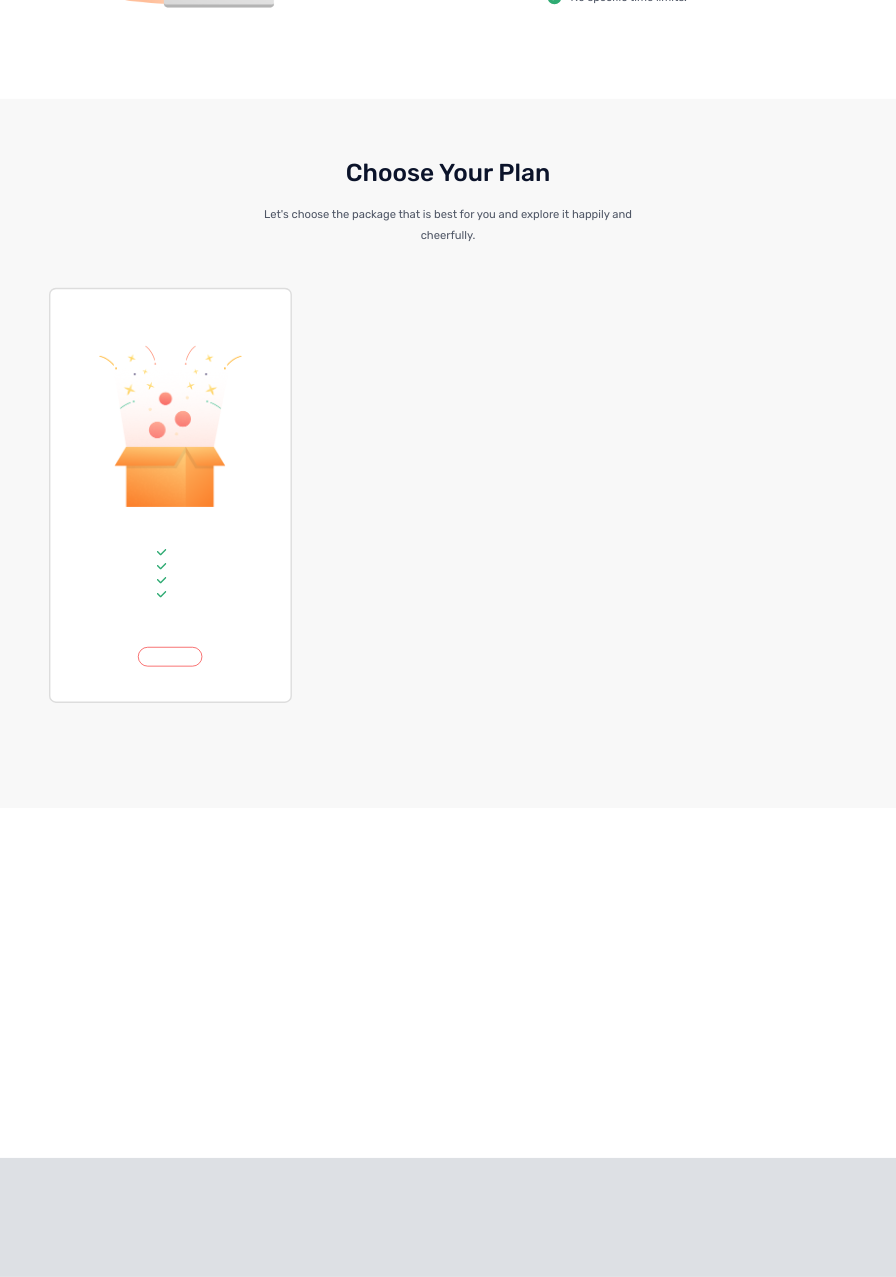
Repository: dangpham205/LaslesVPN-Landing-Page
Page: index.html
These files come from the project's save history. The page is drawn as it stood at one moment and after the next save; the edit follows.
The browser window is 1280 px wide. The pictures show the part of the page from y = 1313 to 3233 px (the page is 3137 px tall before and 3233 px after), at 70% of full size.

Above is the page before, as saved 2022-07-20 11:37:16.

### index.html
<!DOCTYPE html>
<html lang="en">
<head>
    <meta charset="UTF-8">
    <meta http-equiv="X-UA-Compatible" content="IE=edge">
    <meta name="viewport" content="width=device-width, initial-scale=1.0">
    <title>Lasles</title>
    <link rel="preconnect" href="https://fonts.googleapis.com" />
    <link rel="preconnect" href="https://fonts.gstatic.com" crossorigin />
    <link
      href="https://fonts.googleapis.com/css2?family=Rubik:wght@400;500;700&display=swap"
      rel="stylesheet"
    />
    <link rel="stylesheet" href="./assets/css/style.css">
</head>
<body>
    <div class="wrapper">

        <!-- Menu -->
        <header class="menu">
            <div class="container">
                <div class="menu__container">
                    <img srcset="./assets/img/logo.png 2x" alt="" class="menu__logo" />
                    <div class="menu__list">
                        <div class="menu__item">
                            <a href="" class="menu__item-link">About</a>
                        </div>
                        <div class="menu__item">
                            <a href="" class="menu__item-link">Features</a>
                        </div>
                        <div class="menu__item">
                            <a href="" class="menu__item-link">Pricing</a>
                        </div>
                        <div class="menu__item">
                            <a href="" class="menu__item-link">Testimonials</a>
                        </div>
                        <div class="menu__item">
                            <a href="" class="menu__item-link">Help</a>
                        </div>
                    </div>
                    <div class="menu__buttons">
                        <a href="" class="menu__button--sign-in">Sign In</a>
                        <a href="" class="button button--outline menu__button--sign-up">Sign Up</a>
                    </div>
                </div>
            </div>
        </header>

        <main>
            <!-- hero -->
            <section class="hero">
                <div class="container">
                    <div class="hero__container">
                        <div class="hero__content">
                            <h1 class="hero__title">Want anything to be easy with <strong>LaslesVPN</strong>.</h1>
                            <p class="hero__desc text">Provide a network for all your needs with ease and fun using LaslesVPN discover interesting features from us.</p>
                            <a href="" class="button button--primary button--rounded button--shadow">Get Started</a>
                        </div>
                        <div class="hero__image">
                            <img srcset="./assets/img/hero.png 2x" alt="">
                        </div>
                    </div>
                </div>
            </section>


            <!-- info -->
            <section class="info">
                <div class="container">
                    <div class="info__container">
                        <div class="info__item">
                            <div class="info__item-image">
                                <img src="" alt="" srcset="./assets/img/user.png 2x">
                            </div>
                            <div class="info__item-text">
                                <h3 class="info__item-title">90+</h3>
                                <p class="info__item-desc">Users</p>
                            </div>
                        </div>
                        <div class="info__item">
                            <div class="info__item-image">
                                <img src="" alt="" srcset="./assets/img/location.png 2x">
                            </div>
                            <div class="info__item-text">
                                <h3 class="info__item-title">30+</h3>
                                <p class="info__item-desc">Locations</p>
                            </div>
                        </div>
                        <div class="info__item">
                            <div class="info__item-image">
                                <img src="" alt="" srcset="./assets/img/Server.png 2x">
                            </div>
                            <div class="info__item-text">
                                <h3 class="info__item-title">50+</h3>
                                <p class="info__item-desc">Servers</p>
                            </div>
                        </div>
                    </div>
                </div>
            </section>

            <!-- feature -->
            <section class="feature">
                <div class="container">
                    <div class="feature__container">
                        <div class="feature__image">
                            <img src="" alt="" srcset="./assets/img/feature.png 2x">
                        </div>
                        <div class="feature__content">
                            <h3 class="feature__title heading">We Provide Many Features You Can Use</h3>
                            <p class="feature__desc text">You can explore the features that we provide with fun and have their own functions each feature.

                            </p>
                            <ul class="feature__list">
                                <li class="feature__item">
                                    <img src="./assets/img/ic-check.svg" alt="" class="feature__item-icon">
                                    <span class="feature__item-text">Powerfull online protection.</span>
                                </li>
                                <li class="feature__item">
                                    <img src="./assets/img/ic-check.svg" alt="" class="feature__item-icon">
                                    <span class="feature__item-text">Internet without borders.</span>
                                </li>
                                <li class="feature__item">
                                    <img src="./assets/img/ic-check.svg" alt="" class="feature__item-icon">
                                    <span class="feature__item-text">Supercharged VPN</span>
                                </li>
                                <li class="feature__item">
                                    <img src="./assets/img/ic-check.svg" alt="" class="feature__item-icon">
                                    <span class="feature__item-text">No specific time limits.</span>
                                </li>
                            </ul>
                        </div>

                    </div>
                </div>
            </section>

            <section class="plan">
                <div class="container">
                    <div class="plan__container">
                        <div class="plan__header">
                            <h3 class="plan__title heading">Choose Your Plan</h3>
                            <p class="plan__desc text">Let's choose the package that is best for you and explore it happily and cheerfully.</p>
                        </div>
                        <div class="plan__list">
                            <div class="plan__item">
                                <div class="plan__item-image">
                                    <img src="" alt="" srcset="./assets/img/plan.png">
                                </div>
                                <h4 class="plan__item-title"></h4>
                                <ul class="plan__item-details">
                                    <li class="plan__item-detail">
                                        <img src="./assets/img/ic-check-line.svg" alt="">
                                        <span class="plan__item-desc"></span>
                                    </li>
                                    <li class="plan__item-detail">
                                        <img src="./assets/img/ic-check-line.svg" alt="">
                                        <span class="plan__item-desc"></span>
                                    </li>
                                    <li class="plan__item-detail">
                                        <img src="./assets/img/ic-check-line.svg" alt="">
                                        <span class="plan__item-desc"></span>
                                    </li>
                                    <li class="plan__item-detail">
                                        <img src="./assets/img/ic-check-line.svg" alt="">
                                        <span class="plan__item-desc"></span>
                                    </li>
                                </ul>
                                <div class="plan__item-price"></div>
                                <a href="" class="plan__item-btn button button--outline"></a>
                            </div>
                        </div>
                    </div>
                </div>
            </section>

            <div class="container" style="height: 500px;"></div>
        </main>


        <footer>

        </footer>

    </div>
</body>
</html>

Loaded but not shown: assets/css/style.css (583 lines, source omitted)

After the next save:
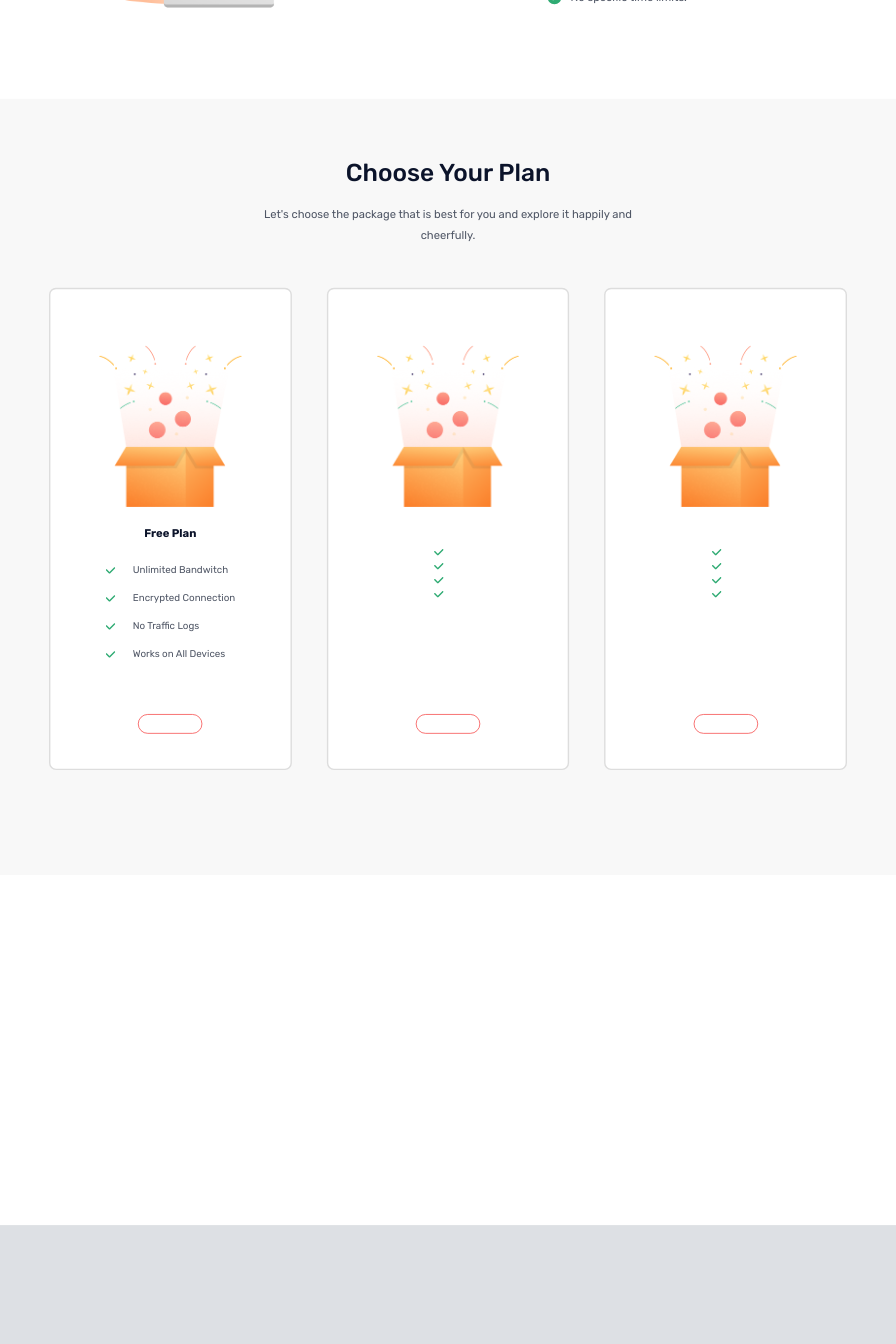
Saved 60 s later.
--- a/index.html
+++ b/index.html
@@ -147,28 +147,80 @@
                                 <div class="plan__item-image">
                                     <img src="" alt="" srcset="./assets/img/plan.png">
                                 </div>
-                                <h4 class="plan__item-title"></h4>
+                                <h4 class="plan__item-title">Free Plan</h4>
                                 <ul class="plan__item-details">
                                     <li class="plan__item-detail">
                                         <img src="./assets/img/ic-check-line.svg" alt="">
-                                        <span class="plan__item-desc"></span>
-                                    </li>
-                                    <li class="plan__item-detail">
-                                        <img src="./assets/img/ic-check-line.svg" alt="">
-                                        <span class="plan__item-desc"></span>
-                                    </li>
-                                    <li class="plan__item-detail">
-                                        <img src="./assets/img/ic-check-line.svg" alt="">
-                                        <span class="plan__item-desc"></span>
-                                    </li>
-                                    <li class="plan__item-detail">
-                                        <img src="./assets/img/ic-check-line.svg" alt="">
-                                        <span class="plan__item-desc"></span>
+                                        <span class="plan__item-desc">Unlimited Bandwitch</span>
+                                    </li>
+                                    <li class="plan__item-detail">
+                                        <img src="./assets/img/ic-check-line.svg" alt="">
+                                        <span class="plan__item-desc">Encrypted Connection</span>
+                                    </li>
+                                    <li class="plan__item-detail">
+                                        <img src="./assets/img/ic-check-line.svg" alt="">
+                                        <span class="plan__item-desc">No Traffic Logs</span>
+                                    </li>
+                                    <li class="plan__item-detail">
+                                        <img src="./assets/img/ic-check-line.svg" alt="">
+                                        <span class="plan__item-desc">Works on All Devices</span>
                                     </li>
                                 </ul>
                                 <div class="plan__item-price"></div>
                                 <a href="" class="plan__item-btn button button--outline"></a>
                             </div>
+                            <div class="plan__item">
+                                <div class="plan__item-image">
+                                    <img src="" alt="" srcset="./assets/img/plan.png">
+                                </div>
+                                <h4 class="plan__item-title"></h4>
+                                <ul class="plan__item-details">
+                                    <li class="plan__item-detail">
+                                        <img src="./assets/img/ic-check-line.svg" alt="">
+                                        <span class="plan__item-desc"></span>
+                                    </li>
+                                    <li class="plan__item-detail">
+                                        <img src="./assets/img/ic-check-line.svg" alt="">
+                                        <span class="plan__item-desc"></span>
+                                    </li>
+                                    <li class="plan__item-detail">
+                                        <img src="./assets/img/ic-check-line.svg" alt="">
+                                        <span class="plan__item-desc"></span>
+                                    </li>
+                                    <li class="plan__item-detail">
+                                        <img src="./assets/img/ic-check-line.svg" alt="">
+                                        <span class="plan__item-desc"></span>
+                                    </li>
+                                </ul>
+                                <div class="plan__item-price"></div>
+                                <a href="" class="plan__item-btn button button--outline"></a>
+                            </div>
+                            <div class="plan__item">
+                                <div class="plan__item-image">
+                                    <img src="" alt="" srcset="./assets/img/plan.png">
+                                </div>
+                                <h4 class="plan__item-title"></h4>
+                                <ul class="plan__item-details">
+                                    <li class="plan__item-detail">
+                                        <img src="./assets/img/ic-check-line.svg" alt="">
+                                        <span class="plan__item-desc"></span>
+                                    </li>
+                                    <li class="plan__item-detail">
+                                        <img src="./assets/img/ic-check-line.svg" alt="">
+                                        <span class="plan__item-desc"></span>
+                                    </li>
+                                    <li class="plan__item-detail">
+                                        <img src="./assets/img/ic-check-line.svg" alt="">
+                                        <span class="plan__item-desc"></span>
+                                    </li>
+                                    <li class="plan__item-detail">
+                                        <img src="./assets/img/ic-check-line.svg" alt="">
+                                        <span class="plan__item-desc"></span>
+                                    </li>
+                                </ul>
+                                <div class="plan__item-price"></div>
+                                <a href="" class="plan__item-btn button button--outline"></a>
+                            </div>
                         </div>
                     </div>
                 </div>
